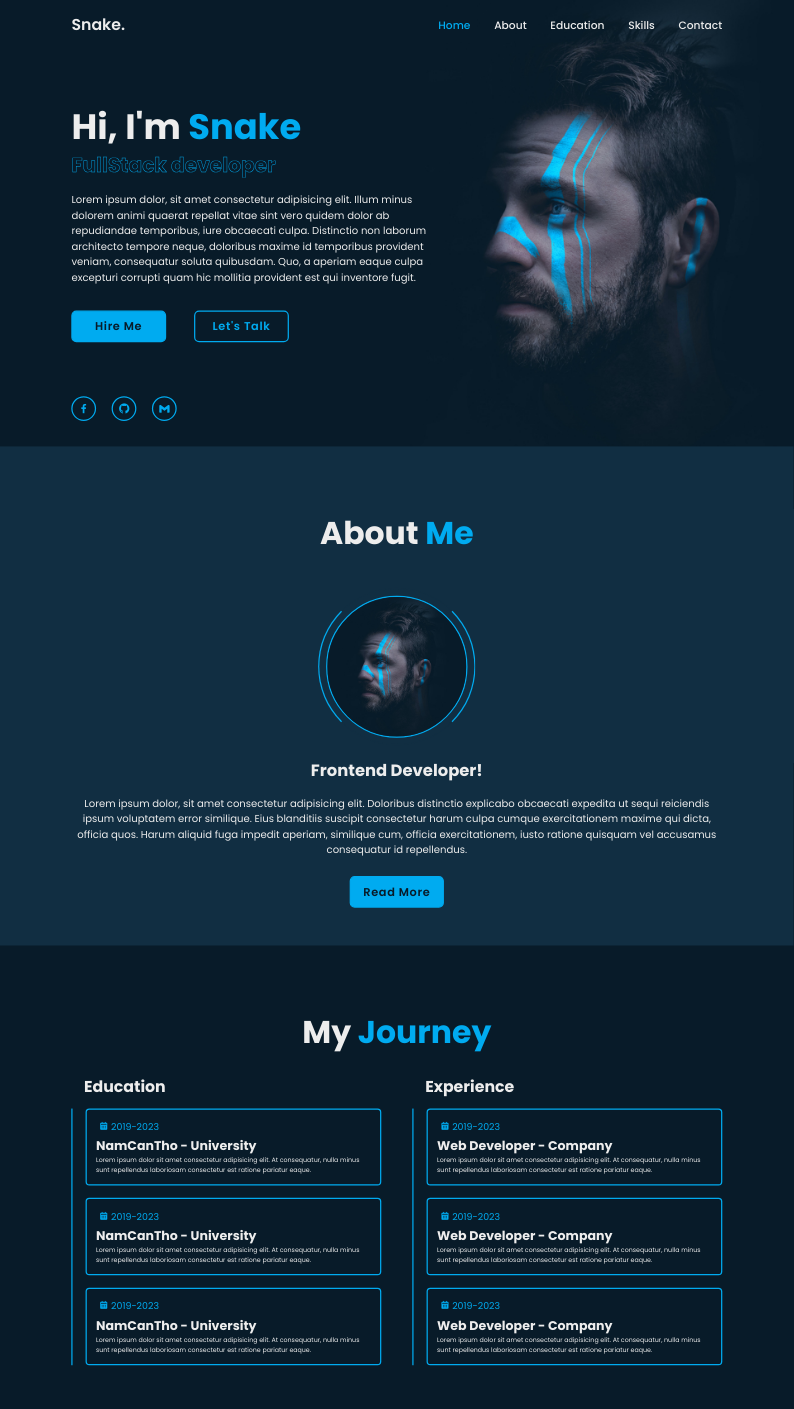
Repository: Tanty102/About_Me
Page: index.html
The author's editor kept a copy of each file at every save. The page is drawn from the files as they stood at one save, then again after a run of saves.
The browser window is 1280 px wide. The pictures show the whole page, at 62% of full size.

Above is the page before, as saved 2023-09-12 18:42:38.

After the next 3 saves:
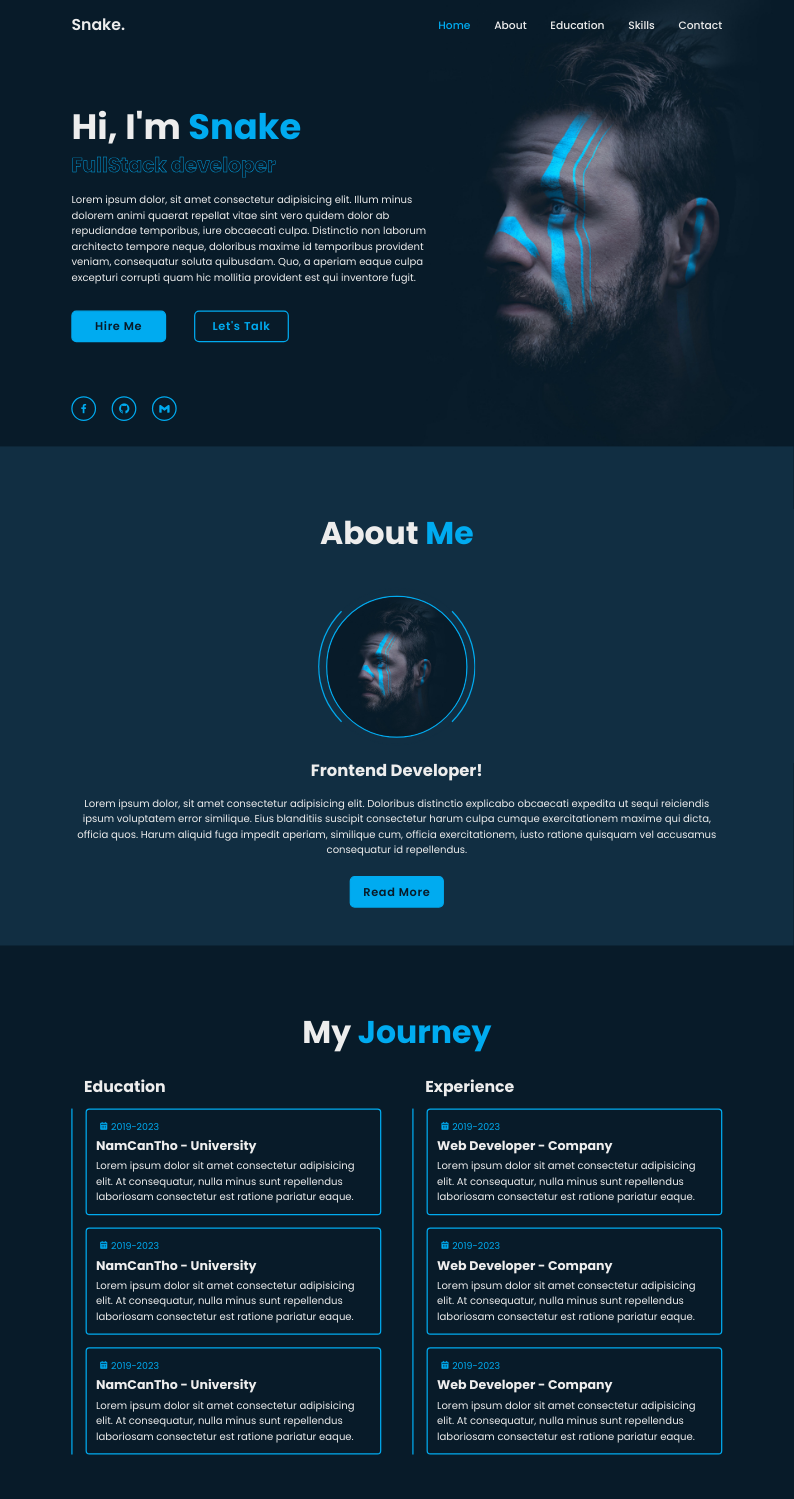
The 3 saves are shown as one change because they came seconds apart.
The last was saved 9 s later.
--- a/style.css
+++ b/style.css
@@ -346,7 +346,7 @@ span {
 }
 
 .education-content .content .year i {
-  padding-left: .5rem;
+  padding-left: 0.5rem;
 }
 
 .education-content .content h3 {
@@ -354,5 +354,6 @@ span {
 }
 
 .education-content .content p {
-  font-size: 1;
-}
+  font-size: 1.6rem;
+  padding-top: 0.5rem;
+}
